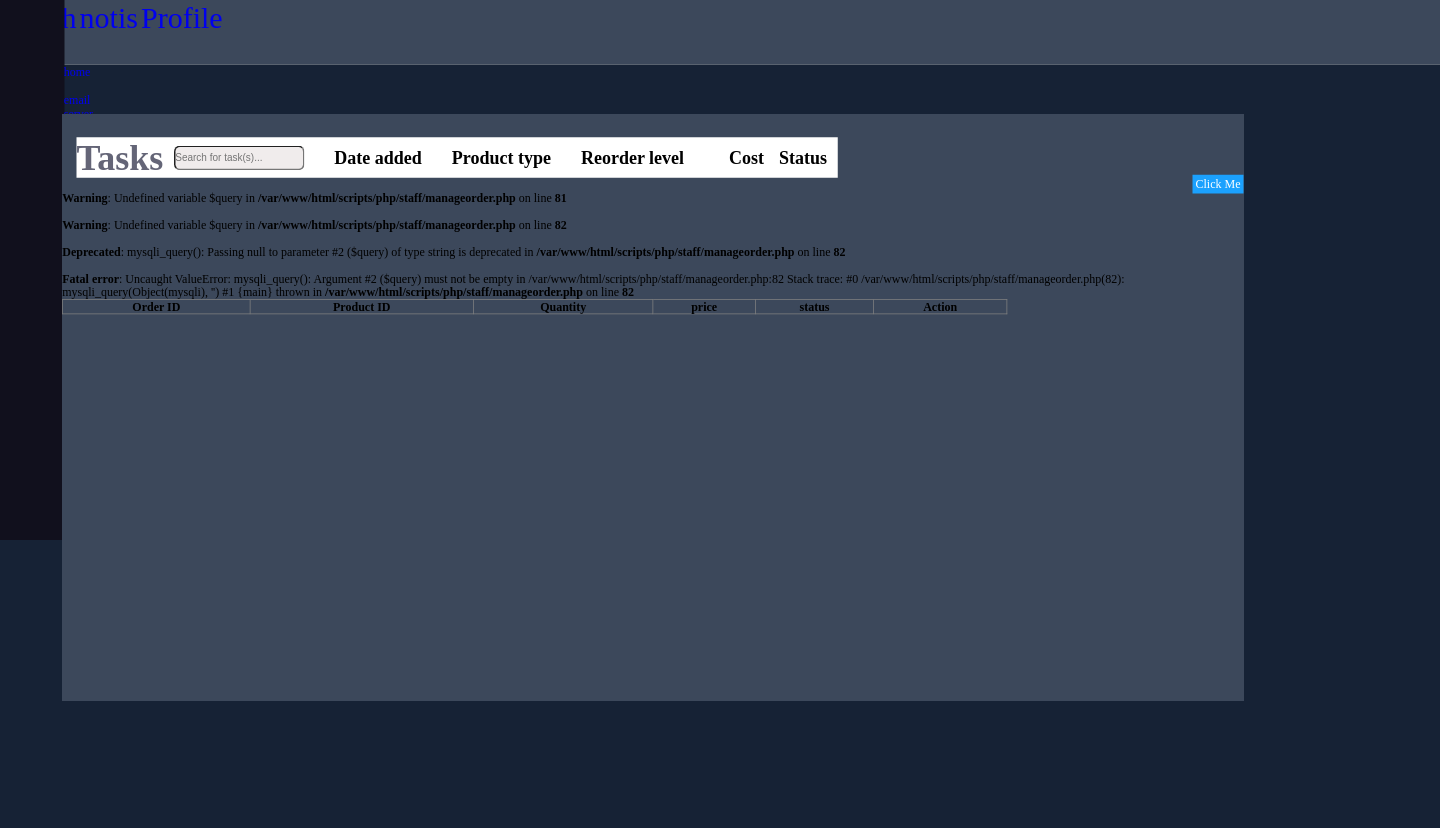
Repository: leystra019/nea
Page: http://localhost/neatest/scripts/php/staff/manageorder.php
The author's editor kept a copy of each file at every save. The page is drawn from the files as they stood at one save, then again after the next save.
The browser window is 1280 px wide. The page is 1920 px wide, so the pictures cover 1920 px, including what lies to the right of the window. The pictures show the whole page, at 75% of full size.
The page is run by PHP 8.4 with error messages shown; the project is at /var/www/html/. Queries for data that is not in the repository find no rows.

Above is the page before, as saved 2023-02-18 15:29:39.

After the next save:
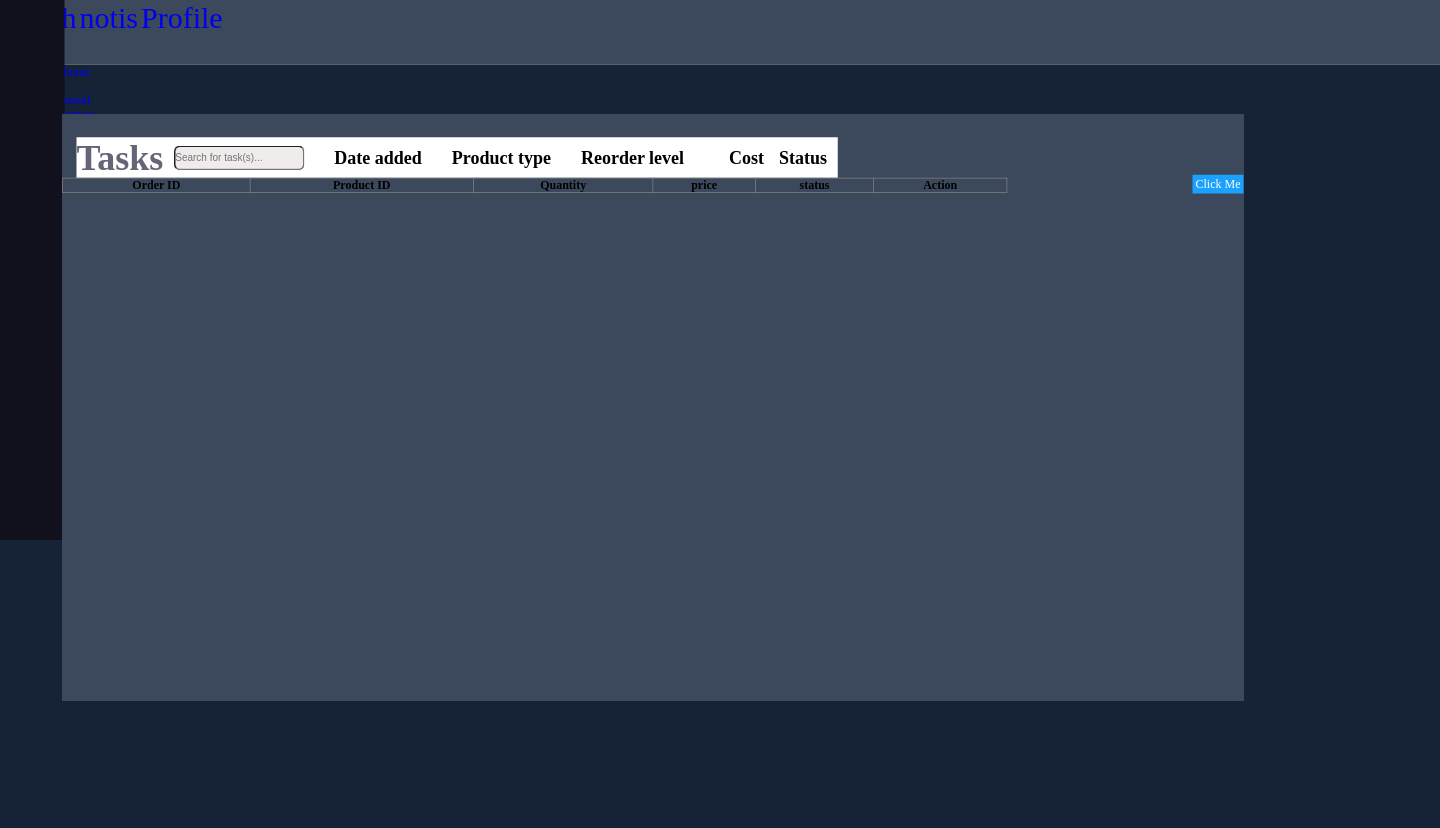
Saved 39 s later.
--- a/scripts/php/staff/manageorder.php
+++ b/scripts/php/staff/manageorder.php
@@ -78,7 +78,7 @@
                                 }
                                 else {
                                     // Retrieve the product data from the database
-                                    $$query = "SELECT order_id, product_id, quantity, price, status FROM orders";
+                                    $query = "SELECT order_id, product_id, quantity, price, status FROM orders";
                                     $result = mysqli_query($conn, $query);
                                     if ($result) {
                                         while ($row = mysqli_fetch_array($result)) {
